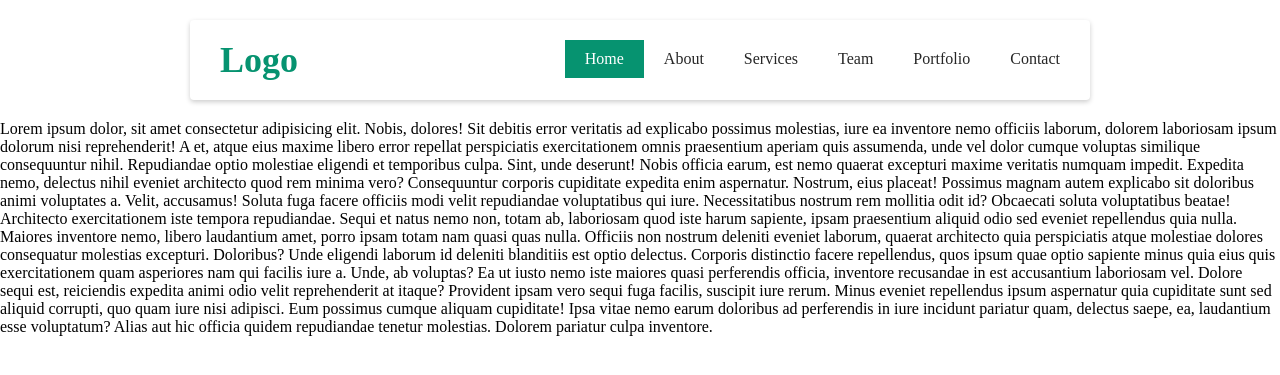
Repository: Sirius018/InventoryGenius
Page: http://localhost/Home
An editor plug-in stored every save of this project. The page is shown before and after the next save, followed by the edit.
The browser window is 1280 px wide. The pictures show the whole page.
The page is this project's Thymeleaf template; nobody is signed in. The template is opened directly, without the code that normally fills it, so the values that code supplies are empty.

Above is the page before, as saved 2023-06-05 03:27:22.

### ADW/InventoryGenius/src/main/resources/templates/Home.html
<!DOCTYPE html>
<html lang="en" xmlns:th="http://www.thymeleaf.org">
<head>
    <meta charset="UTF-8">
    <meta http-equiv="X-UA-Compatible" content="IE=edge">
    <meta name="viewport" content="width=device-width, initial-scale=1.0">
    <link href="https://stackpath.bootstrapcdn.com/font-awesome/4.7.0/css/font-awesome.min.css" rel="stylesheet">
    <link rel="stylesheet" href="../static/css/home.css">
    <title>Practica 50</title>
</head>
<body>

<header>
        <div class="header">
            <a class="logo" href="#">Logo</a>
        <div class="menu-toggle"></div>
        <nav>
            <ul>
                <li><a class="active" href="#">Home</a></li>
                <li><a href="#">About</a></li>
                <li><a href="#">Services</a></li>
                <li><a href="#">Team</a></li>
                <li><a href="#">Portfolio</a></li>
                <li><a href="#">Contact</a></li>
            </ul>
        </nav>
        <div class="clearfix"></div>
        </div>
    </header>


    <div>
        Lorem ipsum dolor, sit amet consectetur adipisicing elit. Nobis, dolores! Sit debitis error veritatis ad explicabo possimus molestias, iure ea inventore nemo officiis laborum, dolorem laboriosam ipsum dolorum nisi reprehenderit!
        A et, atque eius maxime libero error repellat perspiciatis exercitationem omnis praesentium aperiam quis assumenda, unde vel dolor cumque voluptas similique consequuntur nihil. Repudiandae optio molestiae eligendi et temporibus culpa.
        Sint, unde deserunt! Nobis officia earum, est nemo quaerat excepturi maxime veritatis numquam impedit. Expedita nemo, delectus nihil eveniet architecto quod rem minima vero? Consequuntur corporis cupiditate expedita enim aspernatur.
        Nostrum, eius placeat! Possimus magnam autem explicabo sit doloribus animi voluptates a. Velit, accusamus! Soluta fuga facere officiis modi velit repudiandae voluptatibus qui iure. Necessitatibus nostrum rem mollitia odit id?
        Obcaecati soluta voluptatibus beatae! Architecto exercitationem iste tempora repudiandae. Sequi et natus nemo non, totam ab, laboriosam quod iste harum sapiente, ipsam praesentium aliquid odio sed eveniet repellendus quia nulla.
        Maiores inventore nemo, libero laudantium amet, porro ipsam totam nam quasi quas nulla. Officiis non nostrum deleniti eveniet laborum, quaerat architecto quia perspiciatis atque molestiae dolores consequatur molestias excepturi. Doloribus?
        Unde eligendi laborum id deleniti blanditiis est optio delectus. Corporis distinctio facere repellendus, quos ipsum quae optio sapiente minus quia eius quis exercitationem quam asperiores nam qui facilis iure a.
        Unde, ab voluptas? Ea ut iusto nemo iste maiores quasi perferendis officia, inventore recusandae in est accusantium laboriosam vel. Dolore sequi est, reiciendis expedita animi odio velit reprehenderit at itaque?
        Provident ipsam vero sequi fuga facilis, suscipit iure rerum. Minus eveniet repellendus ipsum aspernatur quia cupiditate sunt sed aliquid corrupti, quo quam iure nisi adipisci. Eum possimus cumque aliquam cupiditate!
        Ipsa vitae nemo earum doloribus ad perferendis in iure incidunt pariatur quam, delectus saepe, ea, laudantium esse voluptatum? Alias aut hic officia quidem repudiandae tenetur molestias. Dolorem pariatur culpa inventore.
    </div>



<script src="https://code.jquery.com/jquery-3.6.0.js" integrity="sha256-H+K7U5CnXl1h5ywQfKtSj8PCmoN9aaq30gDh27Xc0jk=" crossorigin="anonymous"></script>
<script src="../static/js/home.js"></script>
</body>
</html>

### ADW/InventoryGenius/src/main/resources/static/css/home.css
/********************************** RESET PROPIEDADES **********************************/
* {
    margin: 0;
    padding: 0;
    box-sizing: border-box;
}
a {
    text-decoration: none;
    color: inherit;
}
ul, ol {
    list-style: none;
}
body, h1, h2, h3, h4, h5, h6, p, ul, ol, li {
    margin: 0;
    padding: 0;
    font-size: 100%;
    font-weight: normal;
}
img {
    display: block;
    max-width: 100%;
    height: auto;
}
input, textarea, button {
    margin: 0;
    padding: 0;
    border: none;
    outline: none;
    background: none;
    font-family: inherit;
    font-size: inherit;
    color: inherit;
    resize: none;
}
button {
    cursor: pointer;
}
li {
    list-style: none;
}
/************************************************************************************************************/





.header{
    position: relative;
    max-width: 900px;
    margin: 20px auto;
    padding: 10px;
    background: #fff;
    box-sizing: border-box;
    border-radius: 4px;
    box-shadow: 0 2px 5px rgba(0,0,0,.2);
}

.logo{
    color: #069370;
    height: 60px;
    line-height: 60px;
    padding: 0 20px;
    font-size: 36px;
    text-align: center;
    float: left;
    font-weight: 700;
    text-decoration: none;
}

nav{
    float: right;
}

.clearfix{
    clear: both;
}

nav ul{
    margin: 0;
    padding: 0;
    display: flex;
}

nav ul li{
    list-style: none;
}

nav ul li a{
    display: block;
    margin: 10px 0;
    padding: 10px 20px;
    text-decoration: none;
    color: #262626;
}

nav ul li a:hover,
nav ul li a.active{
    background: #069370;
    color: #fff;
    transition: .5s;
}

@media (max-width: 900px) {
    header{
        margin: 20px;
    }
}

@media (max-width: 768px) {
    .menu-toggle{
        display: block;
        width: 40px;
        height: 40px;
        margin: 10px;
        float: right;
        cursor: pointer;
        text-align: center;
        font-size: 30px;
        color: #096370;
    }
    .menu-toggle::before{
        content: '\f0c9';
        font-family: fontAwesome;
        line-height: 40px;

    }
    .menu-toggle.active:before{
        content: '\f00d';
    }
    nav{
        display: none;
    }
    nav.active{
        display: block;
        width: 100%;
    }
    nav.active ul{
        display: block;
    }
    nav.active ul li a{
        margin: 0;
    }
}

### ADW/InventoryGenius/src/main/resources/static/js/home.js
$(document).ready(function(){
    $('.menu-toggle').click(function(){
        $('.menu-toggle').toggleClass('active')
        $('nav').toggleClass('active')
    })
})

After the next save:
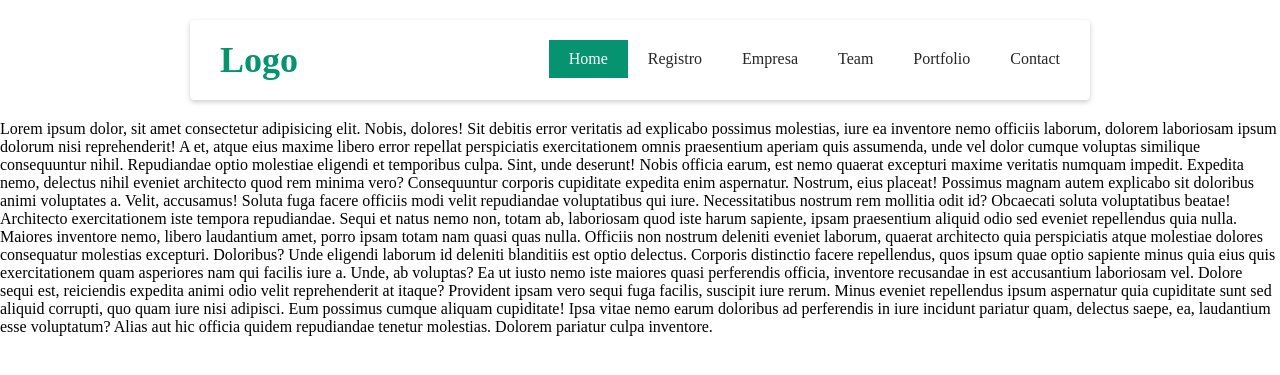
Saved 56 s later.
--- a/ADW/InventoryGenius/src/main/resources/templates/Home.html
+++ b/ADW/InventoryGenius/src/main/resources/templates/Home.html
@@ -17,8 +17,8 @@
         <nav>
             <ul>
                 <li><a class="active" href="#">Home</a></li>
-                <li><a href="#">About</a></li>
-                <li><a href="#">Services</a></li>
+                <li><a href="#">Registro</a></li>
+                <li><a href="#">Empresa</a></li>
                 <li><a href="#">Team</a></li>
                 <li><a href="#">Portfolio</a></li>
                 <li><a href="#">Contact</a></li>

After the save that followed:
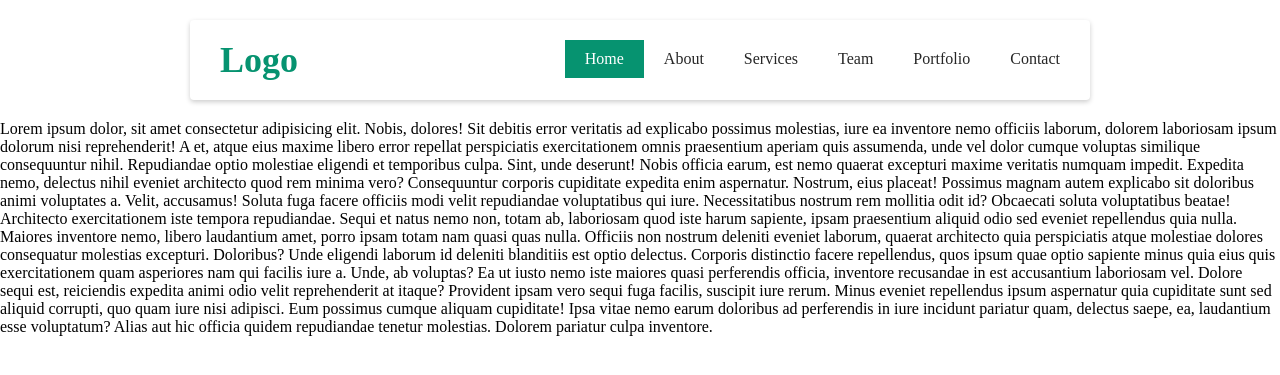
Saved 8 s later.
--- a/ADW/InventoryGenius/src/main/resources/templates/Home.html
+++ b/ADW/InventoryGenius/src/main/resources/templates/Home.html
@@ -17,8 +17,8 @@
         <nav>
             <ul>
                 <li><a class="active" href="#">Home</a></li>
-                <li><a href="#">Registro</a></li>
-                <li><a href="#">Empresa</a></li>
+                <li><a href="#">About</a></li>
+                <li><a href="#">Services</a></li>
                 <li><a href="#">Team</a></li>
                 <li><a href="#">Portfolio</a></li>
                 <li><a href="#">Contact</a></li>
@@ -27,7 +27,6 @@
         <div class="clearfix"></div>
         </div>
     </header>
-
 
     <div>
         Lorem ipsum dolor, sit amet consectetur adipisicing elit. Nobis, dolores! Sit debitis error veritatis ad explicabo possimus molestias, iure ea inventore nemo officiis laborum, dolorem laboriosam ipsum dolorum nisi reprehenderit!
